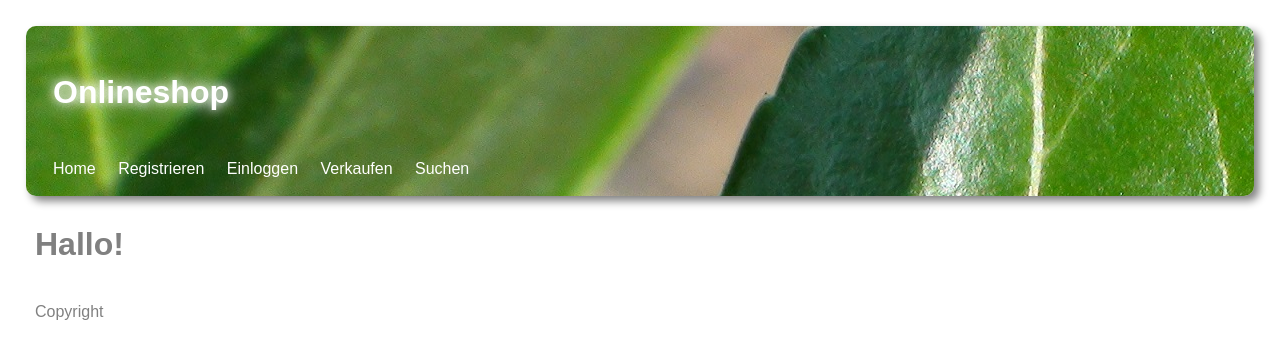
Repository: schoenfinkeln/onlineshopEE
Page: http://localhost/onlineshop-war/index.jsp
An editor plug-in stored every save of this project. The page is shown before and after the next save, followed by the edit.
The browser window is 1280 px wide. The pictures show the whole page.
The page is served by Tomcat 9. Other server files are loaded and not shown.

Above is the page before, as saved 2016-10-05 09:06:59.

### onlineshop-war/WebContent/index.jsp
<!DOCTYPE html>
<html>
    <head>
        <meta charset="UTF-8"/>
	<link rel="stylesheet" href="resources/css/styles.css">
       <title>Onlineshop</title>
    </head>
    <body>
        <header>
            <hgroup>
            <h1 class="title">Onlineshop</h1>
            </hgroup>
            <nav>
              <a href="index.html">Home</a>
              <a href="register.html">Registrieren</a>
              <a href="signin.html">Einloggen</a>
              <a href="sell.html">Verkaufen</a>
              <a href="search.html">Suchen</a>
            </nav>
	</header>
	<h1>Hallo!</h1>
	<footer>
            Copyright
	</footer>
    </body>
</html>

### onlineshop-war/WebContent/resources/css/styles.css
* {
  font-family: sans-serif;
  padding: 9px;
  color: gray;
}
body > header {
  background: url("../img/tau.jpg");
  border-radius: 10px;
  box-shadow: 5px 5px 9px gray;
}
a {
  color: white;
  text-decoration: none;
}
a:hover, h1.title {
  color: white;
  text-shadow: 0 0 10px white, 0 0 20px white;
}

### onlineshop-war/WebContent/header.jspf
<%@ page language="java" contentType="text/html; charset=UTF-8"
	pageEncoding="UTF-8"%>
<!DOCTYPE html PUBLIC "-//W3C//DTD HTML 4.01 Transitional//EN" "http://www.w3.org/TR/html4/loose.dtd">
<html>
<head>
<meta http-equiv="Content-Type" content="text/html; charset=UTF-8">
<link rel="stylesheet" href="resources/css/styles.css">
<title>Onlineshop</title>
</head>
<body>
	<header>
		<hgroup>
		<h1 class="title">Onlineshop</h1>
		</hgroup>
	<nav>
		<a href="index.jsp">Home</a>
		<a href="register.jsp">Registrieren</a>
		<a href="signin.jsp">Einloggen</a>
		<a href="sell.jsp">Verkaufen</a>
		<a href="search.jsp">Suchen</a>
	</nav>
	</header>

### onlineshop-war/WebContent/footer.jspf
<footer> Copyright </footer>
</body>
</html>

After the next save:
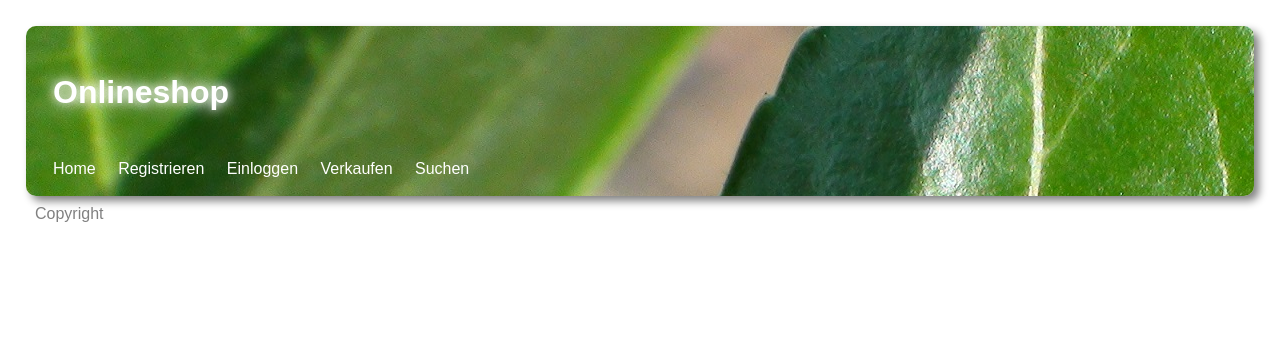
Saved 2 s later.
--- a/onlineshop-war/WebContent/index.jsp
+++ b/onlineshop-war/WebContent/index.jsp
@@ -1,26 +1,2 @@
-<!DOCTYPE html>
-<html>
-    <head>
-        <meta charset="UTF-8"/>
-	<link rel="stylesheet" href="resources/css/styles.css">
-       <title>Onlineshop</title>
-    </head>
-    <body>
-        <header>
-            <hgroup>
-            <h1 class="title">Onlineshop</h1>
-            </hgroup>
-            <nav>
-              <a href="index.html">Home</a>
-              <a href="register.html">Registrieren</a>
-              <a href="signin.html">Einloggen</a>
-              <a href="sell.html">Verkaufen</a>
-              <a href="search.html">Suchen</a>
-            </nav>
-	</header>
-	<h1>Hallo!</h1>
-	<footer>
-            Copyright
-	</footer>
-    </body>
-</html>
+<%@ include file="header.jspf" %>
+<%@ include file="footer.jspf" %>
